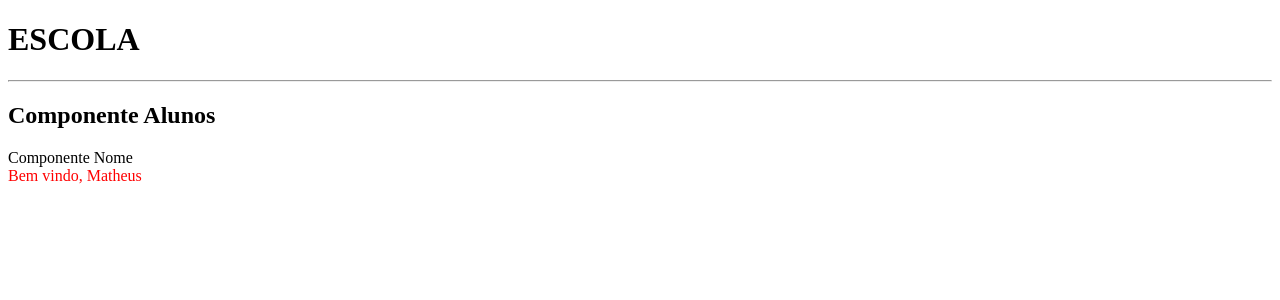
Repository: joaoaspimienta/estudos-de-context-api
Page: /
These files come from the project's save history. The page is drawn as it stood at one moment and after the next save; the edit follows.
The browser window is 1280 px wide. The pictures show the whole page.
The project was rebuilt for these pictures with package versions that can differ from the ones it lists, and the page was loaded fresh each time.

Above is the page before, as saved 2022-06-16 20:35:14.

### src/App.js
import Alunos from "./components/Alunos";
import Nome from "./components/Nome";

function App() {
  return (
    <div>
      <h1>ESCOLA</h1>
      <hr />
      <Alunos />
      <Nome />
    </div>
  );
}

export default App;

### src/components/Alunos/index.js
function Alunos() {
  return (
    <div>
      <h2>Componente Alunos</h2>
    </div>
  );
}

export default Alunos;

### src/components/Nome/index.js
function Nome() {
  return (
    <div>
      <span>Componente Nome</span> <br />
      <span style={{ color: "#FF0000" }}>Bem vindo, Matheus</span>
    </div>
  );
}

export default Nome;

Loaded but not shown: public/index.html (common file); src/index.js (common file)

After the next save:
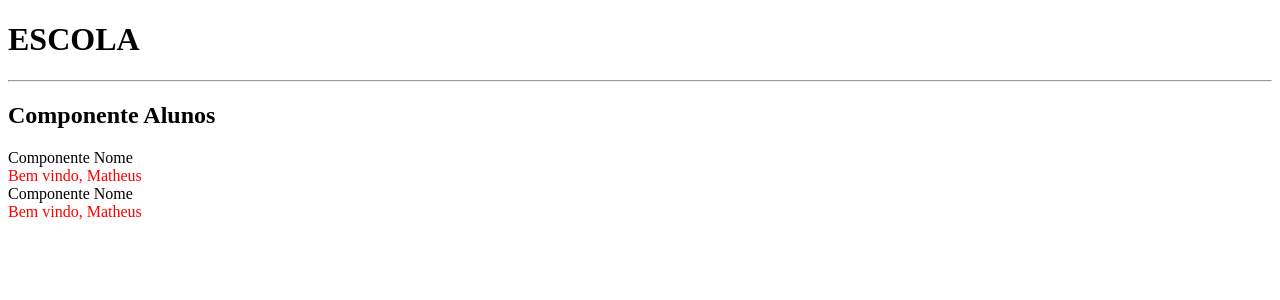
Saved 52 s later.
--- a/src/components/Alunos/index.js
+++ b/src/components/Alunos/index.js
@@ -1,7 +1,10 @@
+import Nome from "../Nome";
+
 function Alunos() {
   return (
     <div>
       <h2>Componente Alunos</h2>
+      <Nome />
     </div>
   );
 }

After the save that followed:
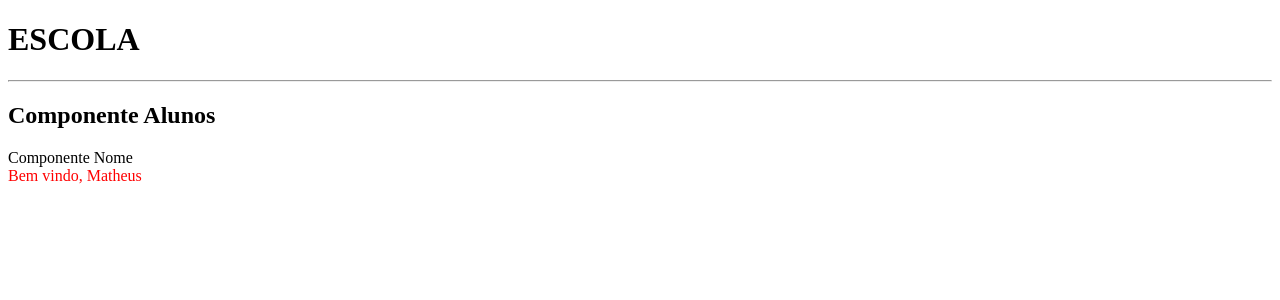
Saved 24 s later.
--- a/src/App.js
+++ b/src/App.js
@@ -7,7 +7,6 @@ function App() {
       <h1>ESCOLA</h1>
       <hr />
       <Alunos />
-      <Nome />
     </div>
   );
 }
